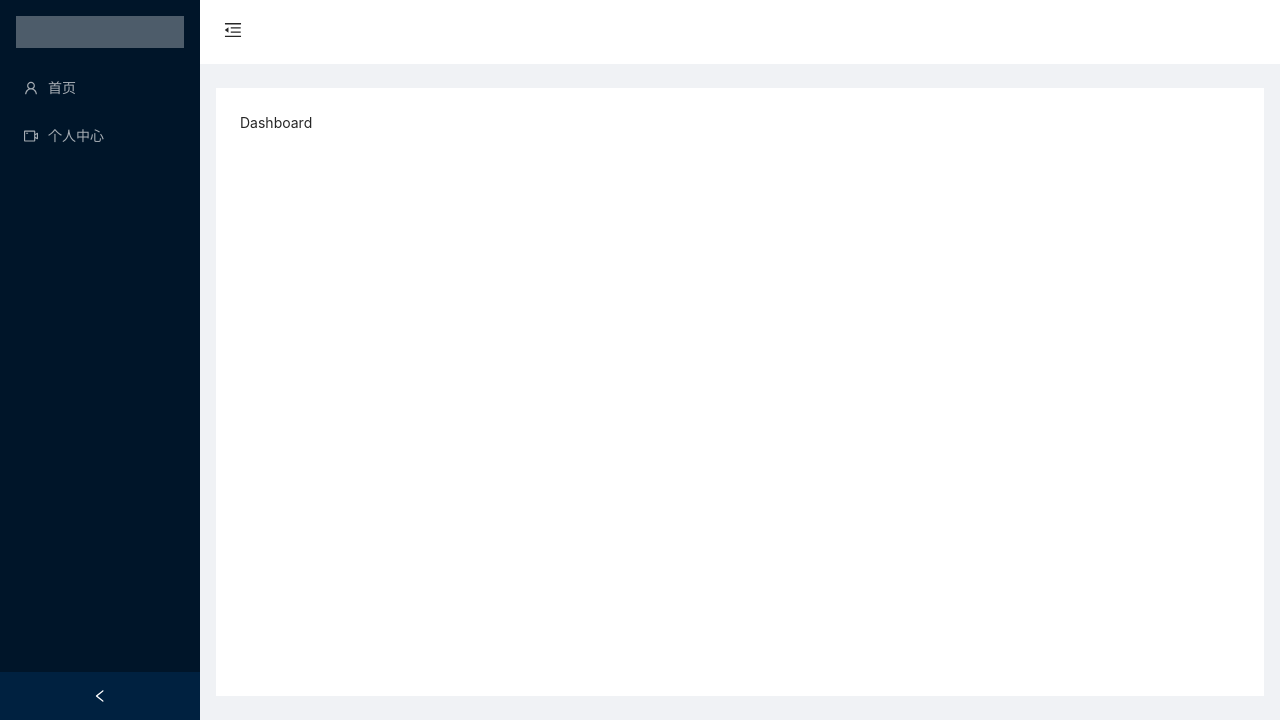
Repository: DallenCat/react-test
Page: /dashboard
These files come from the project's save history. The page is drawn as it stood at one moment and after the next save; the edit follows.
The browser window is 1280 px wide. The pictures show the whole page.
The project was rebuilt for these pictures with package versions that can differ from the ones it lists, and the page was loaded fresh each time. Also part of the build but not shown: src/containers/personal/index.js.

Above is the page before, as saved 2021-10-28 10:31:42.

### src/index.js
/*
 * @Descripttion:
 * @version:
 * @Author: dal
 * @Date: 2021-10-26 17:14:54
 * @LastEditors: dal
 * @LastEditTime: 2021-10-27 16:56:47
 */
import React from 'react';
import ReactDOM from 'react-dom';
import './index.css';
import App from './App';
import reportWebVitals from './reportWebVitals';

ReactDOM.render(
  <App />,
  document.getElementById('root')
);

// If you want to start measuring performance in your app, pass a function
// to log results (for example: reportWebVitals(console.log))
// or send to an analytics endpoint. Learn more: https://bit.ly/CRA-vitals
reportWebVitals();

### src/App.js

import './App.css';
import Routes from './routes';
import { BrowserRouter as Router, Switch, Route } from 'react-router-dom';
import SiderDemo from "@/components/layout/index.js"
import { Component } from 'react';
class App extends Component {
  render() {
    let LayoutRouter = (props) => {
      return (
        <SiderDemo>
          <Routes />
        </SiderDemo>
      )
    }
    return (
      <Router>
        <Switch>
          <Route path="/" component={LayoutRouter} />
        </Switch>
      </Router>
    )
  }

}
// render(<Router routes={routes} />, document.body)
export default App;

### src/App.css
@import '~antd/dist/antd.css';

.App {
  text-align: center;
}

.App-logo {
  height: 40vmin;
  pointer-events: none;
}

@media (prefers-reduced-motion: no-preference) {
  .App-logo {
    animation: App-logo-spin infinite 20s linear;
  }
}

.App-header {
  background-color: #282c34;
  min-height: 100vh;
  display: flex;
  flex-direction: column;
  align-items: center;
  justify-content: center;
  font-size: calc(10px + 2vmin);
  color: white;
}

.App-link {
  color: #61dafb;
}

@keyframes App-logo-spin {
  from {
    transform: rotate(0deg);
  }

  to {
    transform: rotate(360deg);
  }
}

### src/routes/index.js
/*
 * @Descripttion:
 * @version:
 * @Author: dal
 * @Date: 2021-10-26 17:34:53
 * @LastEditors: dal
 * @LastEditTime: 2021-10-27 15:55:38
 */
import Dashboard from "@/containers/dashboard"
import Personal from "@/containers/personal"
import { Route, Switch, withRouter } from 'react-router-dom';

const routes = () => {
  return (
    <Switch>
      <Route exact path={"/dashboard"} component={Dashboard} />
      <Route exact path={"/personal"} component={Personal} />

    </Switch>
  )
}
export default withRouter(routes)

### src/components/layout/index.js
/*
 * @Descripttion:
 * @version:
 * @Author: dal
 * @Date: 2021-10-27 09:54:26
 * @LastEditors: dal
 * @LastEditTime: 2021-10-27 16:53:47
 */
import React from "react"
import { Layout } from 'antd';
// 首先我们需要导入一些组件...
import "./index.css"
import {
  MenuUnfoldOutlined,
  MenuFoldOutlined
} from '@ant-design/icons';
import Sider from "./sider"
const { Header, Content } = Layout;

class SiderDemo extends React.Component {

  state = {
    collapsed: false,
  };

  toggle = () => {
    this.setState({
      collapsed: !this.state.collapsed,
    });
  };
  // 组件挂载
  componentDidMount() {
    console.log(this.props);
  }
  render() {

    return (
      <Layout id="components-layout-demo-custom-trigger">
        <Sider collapsed={this.state.collapsed}></Sider>
        <Layout className="site-layout">
          <Header className="site-layout-background">
            {React.createElement(this.state.collapsed ? MenuUnfoldOutlined : MenuFoldOutlined, {
              className: 'trigger',
              onClick: this.toggle,
            })}
          </Header>
          <Content
            className="site-layout-background"
            style={{
              margin: '24px 16px',
              padding: 24,
              minHeight: 280,
            }}
          >
            {this.props.children || "Welcome to your Inbox"}
          </Content>
        </Layout>
      </Layout>
    );
  }
}

export default SiderDemo;

### src/containers/dashboard/index.js
/*
 * @Descripttion:
 * @version:
 * @Author: dal
 * @Date: 2021-10-27 11:00:04
 * @LastEditors: dal
 * @LastEditTime: 2021-10-27 11:13:44
 */
import { Component } from "react"

class Dashboard extends Component {
  render() {
    return (
      <div>Dashboard</div>
    )
  }
}
export default Dashboard

### src/components/layout/index.css
.ant-layout {
  height: 100vh;
}

.ant-layout-header {
  text-align: left;
  padding: 0;
}

#components-layout-demo-custom-trigger .trigger {
  padding: 0 24px;
  font-size: 18px;
  line-height: 64px;
  cursor: pointer;
  transition: color 0.3s;
}

#components-layout-demo-custom-trigger .trigger:hover {
  color: #1890ff;
}

#components-layout-demo-custom-trigger .logo {
  height: 32px;
  margin: 16px;
  background: rgba(255, 255, 255, 0.3);
}

.site-layout .site-layout-background {
  background: #fff;
}

### src/components/layout/sider/index.js
/*
 * @Descripttion:
 * @version:
 * @Author: dal
 * @Date: 2021-10-27 16:13:09
 * @LastEditors: dal
 * @LastEditTime: 2021-10-27 17:31:32
 */
import { Layout } from 'antd';
import { Component } from 'react';
import Menu from "./menu"
import Logo from "./logo"
const { Sider } = Layout;
class SIDER extends Component {
  constructor(props) {
    super(props)
  }
  render() {
    let { collapsed } = this.props
    return (
      <Sider collapsible collapsed={collapsed}>
        <Logo></Logo>
        <Menu></Menu>
      </Sider>
    )
  }
}
export default SIDER

### src/components/layout/sider/menu.js
/*
 * @Descripttion:
 * @version:
 * @Author: dal
 * @Date: 2021-10-27 16:12:40
 * @LastEditors: dal
 * @LastEditTime: 2021-10-28 10:31:42
 */
import { Menu } from "antd"
import { Component, createElement } from "react";
import { Link } from "react-router-dom"
import * as Icon from '@ant-design/icons'
const { SubMenu } = Menu;
class MENU extends Component {
  constructor(props) {
    super(props)
    this.state = {
      selectedKeys: ['1'],
      routes: []
    }
  }
  /**
   *创建icon
  */
  icon(name) {
    return createElement(Icon[name]);
  }
  /**
   * 拼接routes
   */
  convertRoutes(arr) {
    return arr.map(v => {
      if (v.children.length > 0) {
        return (
          <SubMenu key={v.key} icon={this.icon(v.icon)} title={v.title}>
            {this.convertRoutes(v.children)}
          </SubMenu>
        )
      } else {
        return (
          <Menu.Item key={v.key} icon={this.icon(v.icon)}>
            <Link to={v.path}>{v.title} </Link>
          </Menu.Item>
        )
      }
    })

  }
  /**
   * 生命周期  = Vue-mounted
  */
  componentDidMount() {
    fetch('./mock/routes.json').then(res => {
      if (res.ok) {
        res.json().then(data => {
          this.setState({
            routes: data
          })
        })
      }
    })
  }
  render(h) {
    return (
      <Menu theme="dark" mode="inline" defaultSelectedKeys={this.state.selectedKeys}>
        {
          this.convertRoutes(this.state.routes)

        }
      </Menu>

    )
  }
}
export default MENU

### src/components/layout/sider/logo.js
/*
 * @Descripttion: 侧边栏logo组件
 * @version:
 * @Author: dal
 * @Date: 2021-10-27 17:00:57
 * @LastEditors: dal
 * @LastEditTime: 2021-10-27 17:00:57
 */
import { Component } from "react";

class LOGO extends Component {
  render(h) {
    return (
      <div className="logo"></div>
    )
  }
}
export default LOGO

### public/mock/routes.json
[
  {
    "id":"1",
    "key":"Dashboard",
    "path":"/dashboard",
    "title":"首页",
    "children":[],
    "icon":"UserOutlined",
    "component":"/containers/dashboard"
  },
  {
    "id":"2",
    "key":"Personal",
    "path":"/personal",
    "title":"个人中心",
    "children":[],
    "icon":"VideoCameraOutlined",
    "component":"/containers/personal"
  }
]

Loaded but not shown: public/index.html (common file); src/index.css (common file); src/reportWebVitals.js (common file)

After the next save:
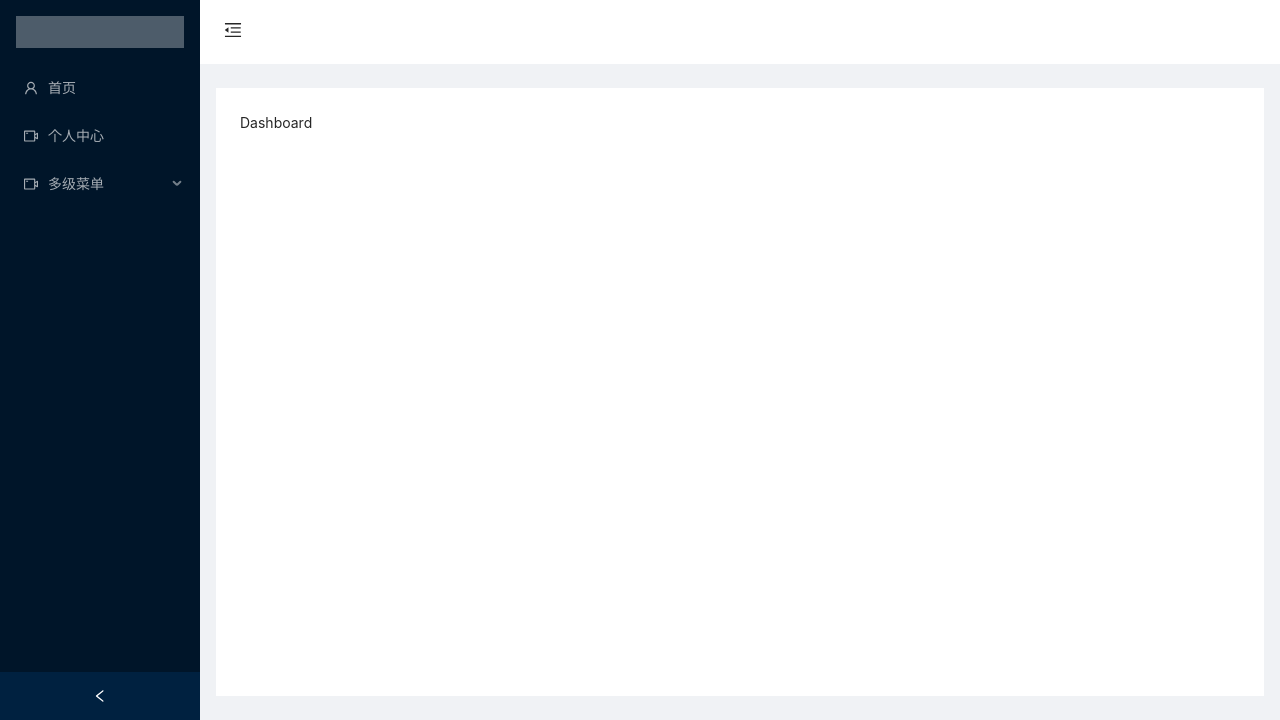
Saved 108 s later.
--- a/public/mock/routes.json
+++ b/public/mock/routes.json
@@ -16,5 +16,32 @@
     "children":[],
     "icon":"VideoCameraOutlined",
     "component":"/containers/personal"
+  },
+  {
+    "id":"3",
+    "key":"Submenu",
+    "path":"/submenu",
+    "title":"多级菜单",
+    "children":[
+      {
+        "id":"3-1",
+        "key":"Submenu-1",
+        "path":"/submenu-1",
+        "title":"子页面1",
+        "children":[],
+        "icon":"VideoCameraOutlined",
+        "component":"/containers/personal"
+      },{
+        "id":"3-2",
+        "key":"Submenu-2",
+        "path":"/submenu-2",
+        "title":"子页面2",
+        "children":[],
+        "icon":"VideoCameraOutlined",
+        "component":"/containers/dashboard"
+      }
+    ],
+    "icon":"VideoCameraOutlined",
+    "component":""
   }
 ]
